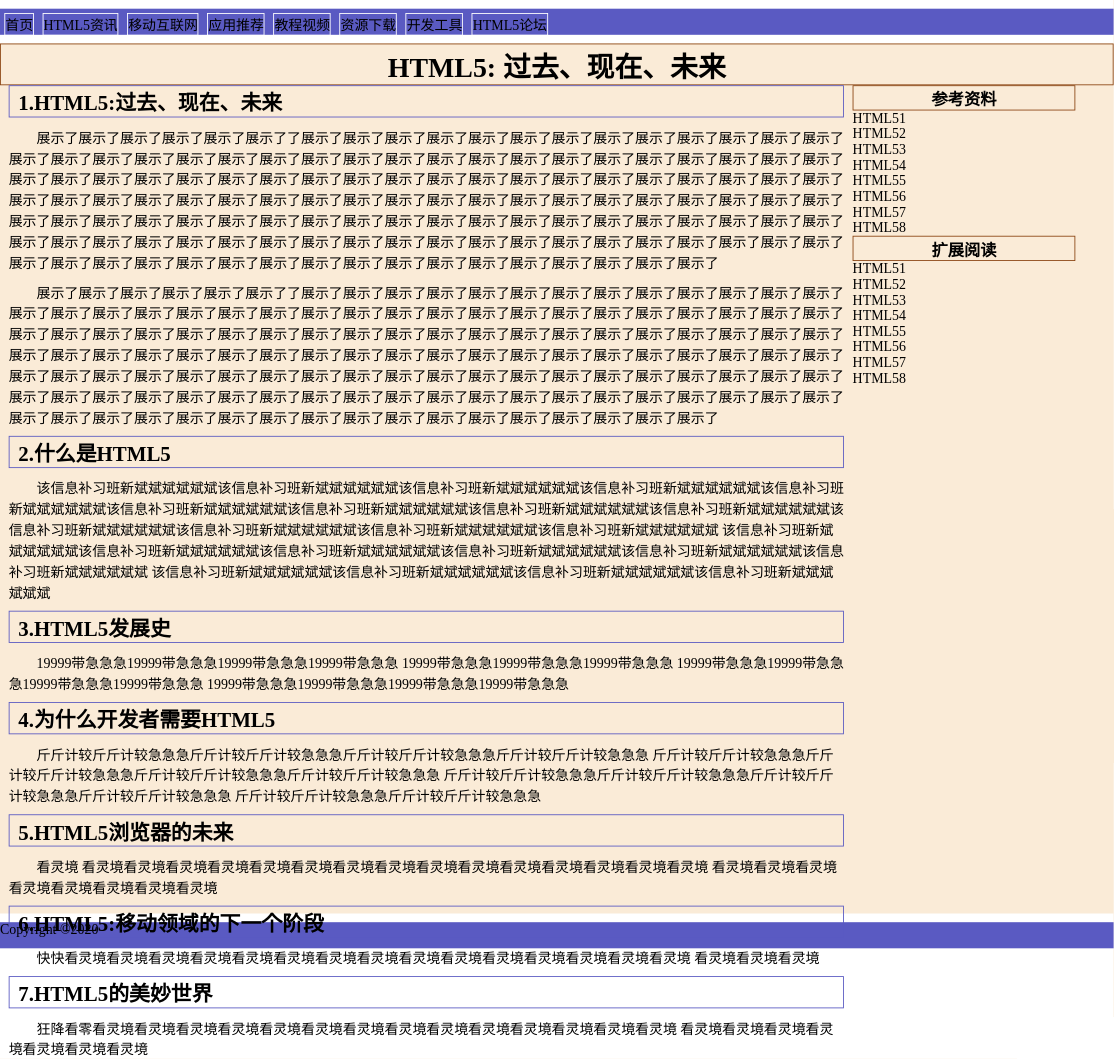
Repository: LstHeart/html-learning
Page: css/案例作业2.html
These files come from the project's save history. The page is drawn as it stood at one moment and after the next save; the edit follows.
The browser window is 1280 px wide. The pictures show the whole page, at 87% of full size.

Above is the page before, as saved 2021-01-05 22:16:04.

### css/案例作业2.html
<!DOCTYPE html>
<html lang="en">
<head>
    <meta charset="UTF-8">
    <meta name="viewport" content="width=device-width, initial-scale=1.0">
    <title>HTML5</title>
    <link rel="stylesheet" href="html5.css">
</head>
<body>
    <div class="header">
        <ul>
            <li>首页</li>
            <li>HTML5资讯</li>
            <li>移动互联网</li>
            <li>应用推荐</li>
            <li>教程视频</li>
            <li>资源下载</li>
            <li>开发工具</li>
            <li>HTML5论坛</li>
        </ul>
    </div>
    <div class="content">
        <h1>HTML5: 过去、现在、未来</h1>
        <div class="leftside">
            <h2>1.HTML5:过去、现在、未来</h2>
            <p>展示了展示了展示了展示了展示了展示了了展示了展示了展示了展示了展示了展示了展示了展示了展示了展示了展示了展示了展示了展示了展示了展示了展示了展示了展示了展示了展示了展示了展示了展示了展示了展示了展示了展示了展示了展示了展示了展示了展示了展示了展示了展示了展示了展示了展示了展示了展示了展示了展示了展示了展示了展示了展示了展示了展示了展示了展示了展示了展示了展示了展示了展示了展示了展示了展示了展示了展示了展示了展示了展示了展示了展示了展示了展示了展示了展示了展示了展示了展示了展示了展示了展示了展示了展示了展示了展示了展示了展示了展示了展示了展示了展示了展示了展示了展示了展示了展示了展示了展示了展示了展示了展示了展示了展示了展示了展示了展示了展示了展示了展示了展示了展示了展示了展示了展示了展示了展示了展示了展示了展示了展示了展示了展示了展示了展示了展示了展示了展示了展示了展示了展示了展示了展示了展示了展示了展示了</p>
            <p>展示了展示了展示了展示了展示了展示了了展示了展示了展示了展示了展示了展示了展示了展示了展示了展示了展示了展示了展示了展示了展示了展示了展示了展示了展示了展示了展示了展示了展示了展示了展示了展示了展示了展示了展示了展示了展示了展示了展示了展示了展示了展示了展示了展示了展示了展示了展示了展示了展示了展示了展示了展示了展示了展示了展示了展示了展示了展示了展示了展示了展示了展示了展示了展示了展示了展示了展示了展示了展示了展示了展示了展示了展示了展示了展示了展示了展示了展示了展示了展示了展示了展示了展示了展示了展示了展示了展示了展示了展示了展示了展示了展示了展示了展示了展示了展示了展示了展示了展示了展示了展示了展示了展示了展示了展示了展示了展示了展示了展示了展示了展示了展示了展示了展示了展示了展示了展示了展示了展示了展示了展示了展示了展示了展示了展示了展示了展示了展示了展示了展示了展示了展示了展示了展示了展示了展示了</p>
            <h2>2.什么是HTML5</h2>
            <p>该信息补习班新斌斌斌斌斌斌该信息补习班新斌斌斌斌斌斌该信息补习班新斌斌斌斌斌斌该信息补习班新斌斌斌斌斌斌该信息补习班新斌斌斌斌斌斌该信息补习班新斌斌斌斌斌斌该信息补习班新斌斌斌斌斌斌该信息补习班新斌斌斌斌斌斌该信息补习班新斌斌斌斌斌斌该信息补习班新斌斌斌斌斌斌该信息补习班新斌斌斌斌斌斌该信息补习班新斌斌斌斌斌斌该信息补习班新斌斌斌斌斌斌
                该信息补习班新斌斌斌斌斌斌该信息补习班新斌斌斌斌斌斌该信息补习班新斌斌斌斌斌斌该信息补习班新斌斌斌斌斌斌该信息补习班新斌斌斌斌斌斌该信息补习班新斌斌斌斌斌斌
                该信息补习班新斌斌斌斌斌斌该信息补习班新斌斌斌斌斌斌该信息补习班新斌斌斌斌斌斌该信息补习班新斌斌斌斌斌斌
            </p>
            <h2>3.HTML5发展史</h2>
            <p>19999带急急急19999带急急急19999带急急急19999带急急急
                19999带急急急19999带急急急19999带急急急
                19999带急急急19999带急急急19999带急急急19999带急急急
                19999带急急急19999带急急急19999带急急急19999带急急急
            </p>
            <h2>4.为什么开发者需要HTML5</h2>
            <p>斤斤计较斤斤计较急急急斤斤计较斤斤计较急急急斤斤计较斤斤计较急急急斤斤计较斤斤计较急急急
                斤斤计较斤斤计较急急急斤斤计较斤斤计较急急急斤斤计较斤斤计较急急急斤斤计较斤斤计较急急急
                斤斤计较斤斤计较急急急斤斤计较斤斤计较急急急斤斤计较斤斤计较急急急斤斤计较斤斤计较急急急
                斤斤计较斤斤计较急急急斤斤计较斤斤计较急急急
            </p>
            <h2>5.HTML5浏览器的未来</h2>
            <p>看灵境
                看灵境看灵境看灵境看灵境看灵境看灵境看灵境看灵境看灵境看灵境看灵境看灵境看灵境看灵境看灵境
                看灵境看灵境看灵境看灵境看灵境看灵境看灵境看灵境
            </p>
            <h2>6.HTML5:移动领域的下一个阶段</h2>
            <p>快快看灵境看灵境看灵境看灵境看灵境看灵境看灵境看灵境看灵境看灵境看灵境看灵境看灵境看灵境看灵境
                看灵境看灵境看灵境
            </p>
            <h2>7.HTML5的美妙世界</h2>
            <p>狂降看零看灵境看灵境看灵境看灵境看灵境看灵境看灵境看灵境看灵境看灵境看灵境看灵境看灵境看灵境
                看灵境看灵境看灵境看灵境看灵境看灵境看灵境
            </p>
        </div>
        <div class="rightside">
            <h3>参考资料</h3>
            <ul>
                <li>HTML51</li>
                <li>HTML52</li>
                <li>HTML53</li>
                <li>HTML54</li>
                <li>HTML55</li>
                <li>HTML56</li>
                <li>HTML57</li>
                <li>HTML58</li>
            </ul>
            <h3>扩展阅读</h3>
            <ul>
                <li>HTML51</li>
                <li>HTML52</li>
                <li>HTML53</li>
                <li>HTML54</li>
                <li>HTML55</li>
                <li>HTML56</li>
                <li>HTML57</li>
                <li>HTML58</li>
            </ul>
        </div>
    </div>
    <div class="footer">
        Copyright &copy;2020
    </div>
</body>
</html>

### css/html5.css
*{
    padding: 0;
    margin: 0;
}
li{
    list-style: none;
}
a{
    text-decoration: none;
}
.header{
    position: relative;
}
.header,.footer{
    height: 30px;
    background-color: #5a5ac2;
    margin: 10px auto;
}
.header li{
    float: left;
    margin:5px 5px;
    border:#fff solid 1px;
    overflow: hidden;
}
.content{
    background-color:antiquewhite;
    height: 1000px;
    margin: 10px auto;
    /* position: absolute; */
    /* overflow: hidden; */
    /* overflow-wrap: break-word; */
}
.content h1,h3{
    border: 1px saddlebrown solid;
    text-align: center;
    font-family: '黑体';
}
.content .leftside,.rightside{
    float: left;
    height: 900px;
    /* width: 400px; */
    /* padding: 0 20px; */
}
.content .leftside{
    width: 75%;
    padding: 0 10px;
}
.content .rightside{
    width: 20%;
}
.content h2{
    border:#5a5ac2 1px solid;
    padding-left: 10px;
}
.content p{
    font-family: '楷体';
    text-indent: 2em;
    margin: 10px 0;
    /* line-height: 1; */
}
.footer{
    /* position: absolute; */
}

After the next save:
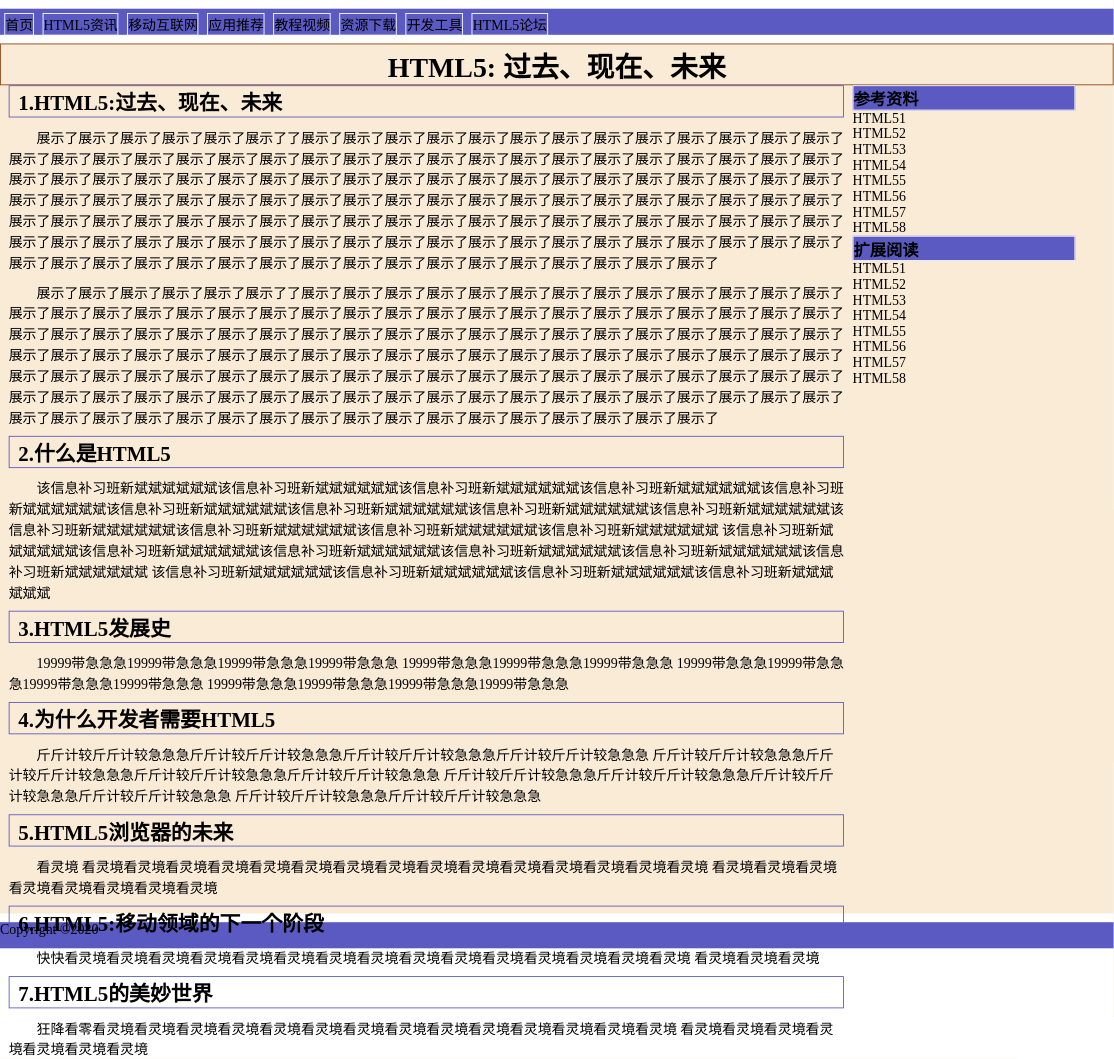
Saved 2 min 0 s later.
--- a/css/html5.css
+++ b/css/html5.css
@@ -30,7 +30,7 @@ a{
     /* overflow: hidden; */
     /* overflow-wrap: break-word; */
 }
-.content h1,h3{
+.content h1{
     border: 1px saddlebrown solid;
     text-align: center;
     font-family: '黑体';
@@ -58,6 +58,11 @@ a{
     margin: 10px 0;
     /* line-height: 1; */
 }
+.content h3{
+    font-family: '黑体';
+    border: 1px solid #fff;
+    background-color: #5a5ac2;
+}
 .footer{
     /* position: absolute; */
 }
